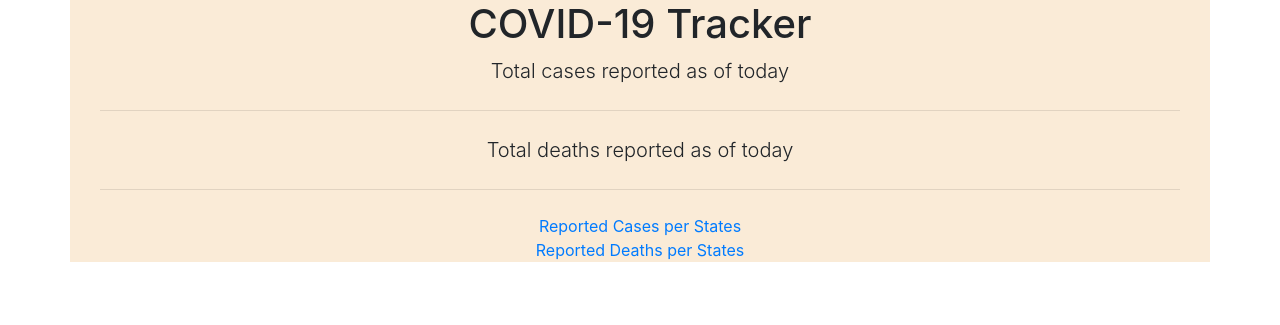
Repository: kimjuneyoung5/Bootcamp-Java
Page: http://localhost/CovidTrackingApp/WEB-INF/index.jsp
The author's editor kept a copy of each file at every save. The page is drawn from the files as they stood at one save, then again after the next save.
The browser window is 1280 px wide. The pictures show the whole page.
The page is served by Tomcat 9. Nobody is signed in. Other server files are loaded and not shown. The template is opened directly, without the code that normally fills it, so the values that code supplies are empty.

Above is the page before, as saved 2021-10-01 21:53:44.

### oop/CovidTrackingApp/src/main/webapp/WEB-INF/index.jsp
<%@ page language="java" contentType="text/html; charset=UTF-8"
    pageEncoding="UTF-8"%>
<%@ taglib prefix="c" uri="http://java.sun.com/jsp/jstl/core" %>
<%@ taglib prefix="fmt" uri="http://java.sun.com/jsp/jstl/fmt" %>
<%@ taglib prefix="form" uri="http://www.springframework.org/tags/form"%>
<%@ page isErrorPage="true" %>
<!DOCTYPE html>

<html xmlns:th="http://www.thymeleaf.org">

<head>
    <title>COVID-19 Tracker</title>
    <meta http-equiv="Content-Type" content="text/html; charset=UTF-8" />
    <link rel="stylesheet" href="https://stackpath.bootstrapcdn.com/bootstrap/4.4.1/css/bootstrap.min.css" integrity="sha384-Vkoo8x4CGsO3+Hhxv8T/Q5PaXtkKtu6ug5TOeNV6gBiFeWPGFN9MuhOf23Q9Ifjh" crossorigin="anonymous">
    <style>
    	.container{
    		text-align:center;
    		background-color: antiquewhite;
    	}
    </style>
</head>

<body>
<div class="container">
<h1>COVID-19 Tracker</h1>

	<div class="container">
    	<h1 class="display-4"><c:out value="${totalReportedCases}"/></h1>
    	<p class="lead">Total cases reported as of today</p>
    	<hr class="my-4">
    	<h1 class="display-4"><c:out value="${totalReportedDeaths}"/></h1>
    	<p class="lead">Total deaths reported as of today</p>
    	<hr class="my-4">
    	<a href="/cases">Reported Cases per States</a>
    	</br>
    	<a href="/deaths">Reported Deaths per States</a>
	</div>

</div>

After the next save:
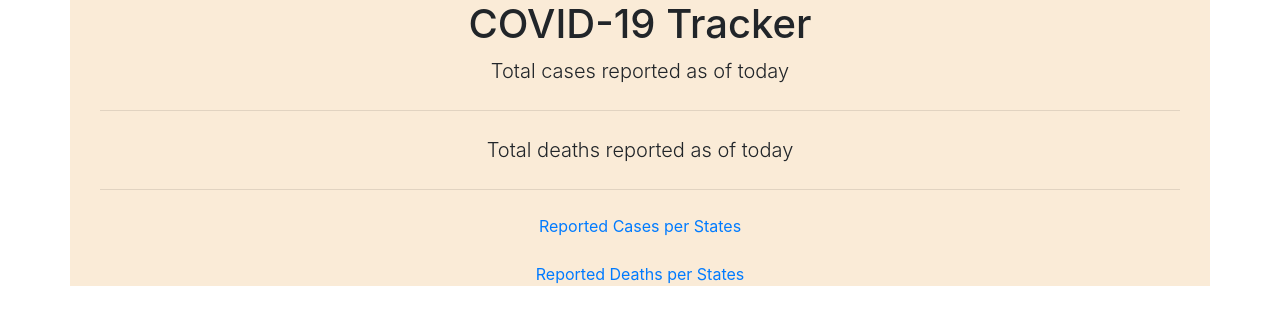
Saved 10 s later.
--- a/oop/CovidTrackingApp/src/main/webapp/WEB-INF/index.jsp
+++ b/oop/CovidTrackingApp/src/main/webapp/WEB-INF/index.jsp
@@ -32,7 +32,7 @@
     	<p class="lead">Total deaths reported as of today</p>
     	<hr class="my-4">
     	<a href="/cases">Reported Cases per States</a>
-    	</br>
+    	<br></br>
     	<a href="/deaths">Reported Deaths per States</a>
 	</div>
 
